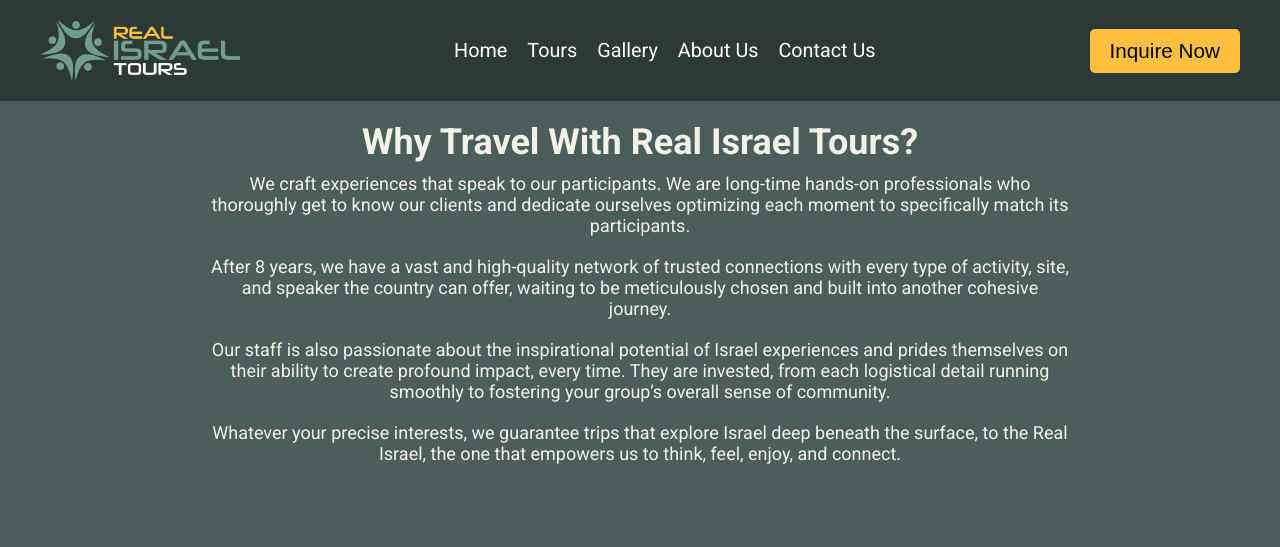
Repository: Pafestivo/realIsraelTours
Page: / (app in frontend/)
The author's editor kept a copy of each file at every save. The page is drawn from the files as they stood at one save, then again after the next save.
The browser window is 1280 px wide. The pictures show the whole page.
The project was rebuilt for these pictures with package versions that can differ from the ones it lists, and the page was loaded fresh each time. The framework's server and built-in components were replaced by stand-ins that run in the browser. Also part of the build but not shown: frontend/next.config.js.

Above is the page before, as saved 2023-09-19 20:41:04.

After the next save:
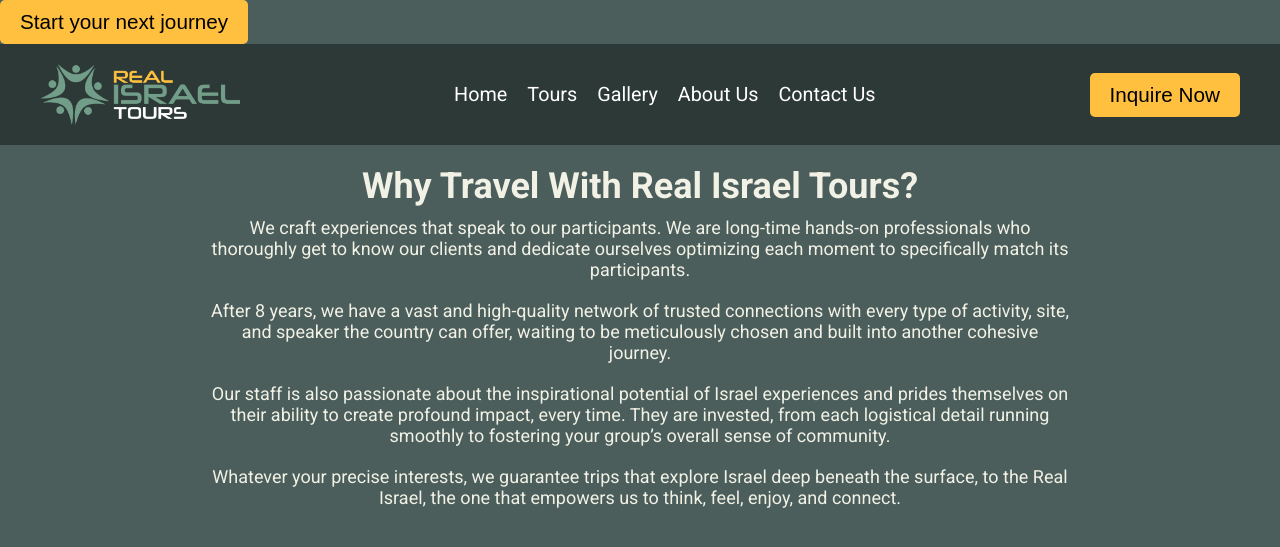
Saved 3 min 24 s later.
--- a/frontend/src/app/page.tsx
+++ b/frontend/src/app/page.tsx
@@ -4,6 +4,9 @@
 export default function Home() {
   return (
     <div>
+      <div className="cta-div">
+        <button>Start your next journey</button>
+      </div>
       <Header />
       <div className="pageContainer">
         <h1>Why Travel With Real Israel Tours?</h1>
